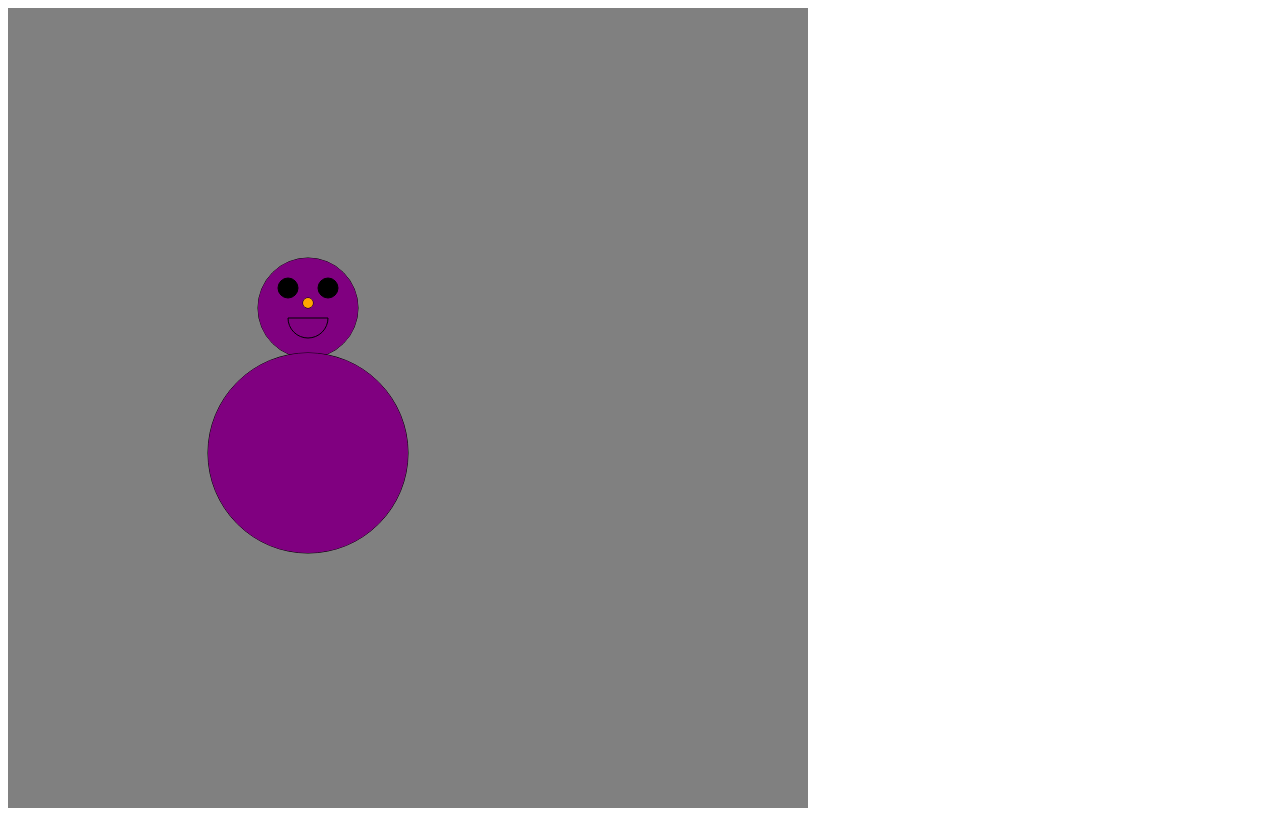
Repository: SnakeXrnt/pythonfile
Page: normalclass/2022/00_JS/36_snowman.html
These files come from the project's save history. The page is drawn as it stood at one moment and after a run of saves; the edit follows.
The browser window is 1280 px wide. The pictures show the whole page.

Above is the page before, as saved 2022-03-05 08:20:52.

After the next 4 saves:
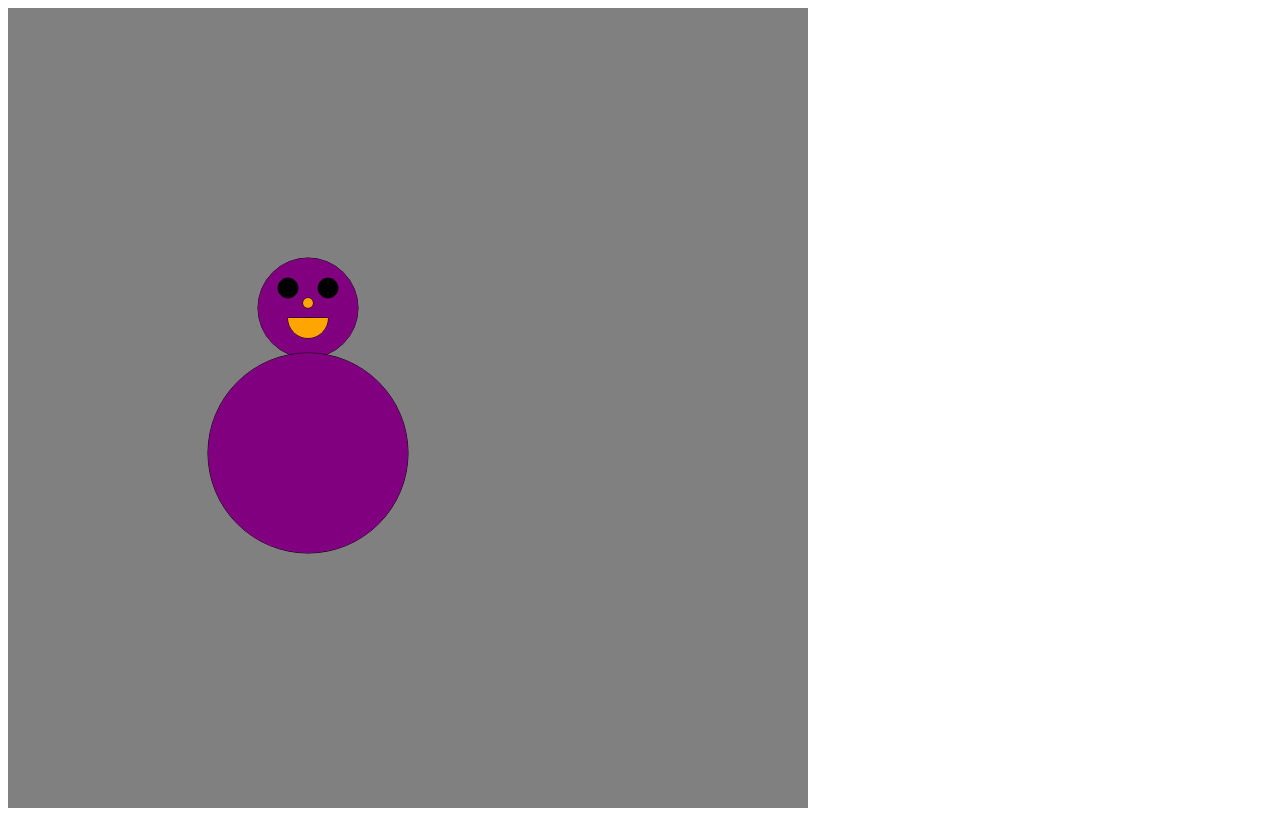
The 4 saves are shown as one change because they came seconds apart.
The last was saved 8 s later.
--- a/normalclass/2022/00_JS/36_snowman.html
+++ b/normalclass/2022/00_JS/36_snowman.html
@@ -34,7 +34,7 @@
             ctx.arc(x,y+10,20,0,Math.PI,false);
             ctx.closePath();
             ctx.stroke();
-            ctx.fillStyle = '#000000';
+            ctx.fill();
 
             let body = circle(x,y+45+100,100,color,true);
 
